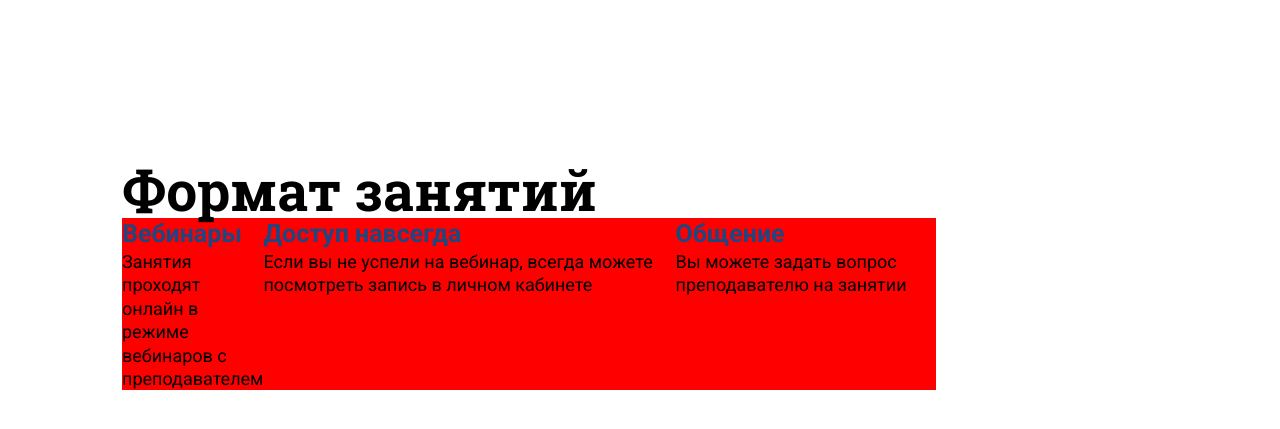
Repository: mirali879/previous-proj
Page: index.html
An editor plug-in stored every save of this project. The page is shown before and after a run of saves, followed by the edit.
The browser window is 1280 px wide. The pictures show the whole page.

Above is the page before, as saved 2023-05-06 19:18:23.

### index.html
<!DOCTYPE html>
<html lang="en">
  <head>
    <meta charset="UTF-8" />
    <meta http-equiv="X-UA-Compatible" content="IE=edge" />
    <meta name="viewport" content="width=device-width, initial-scale=1.0" />
    <link rel="stylesheet" href="/style.css" />
    <title>Document</title>
  </head>
  <body>
    <div class="page-1">
      <h1>Формат занятий</h1>

      <ul>
        <li >
          <h3>Вебинары</h3>
          <span
            >Занятия проходят онлайн в режиме вебинаров с преподавателем</span
          >
        </li>
        <li >
          <h3>Доступ навсегда</h3>
          <span
            >Если вы не успели на вебинар, всегда можете посмотреть запись в
            личном кабинете</span
          >
        </li>
        <li >
          <h3>Общение</h3>
          <span>Вы можете задать вопрос преподавателю на занятии</span>
        </li>
      </ul>
    </div>

    <!-- <div class="container">
      <h1>Что узнаем?</h1>

      <div class="row">
        <ul class="list">
          <li>Кто чем занят в съёмочной группе;</li>
          <li>На какие этапы делится кинопроизводство;</li>
          <li>
            Как выглядит сценарий фильма и как он меняется по ходу съёмок;
          </li>
          <li>
            Какими методами режиссёры заставляют нас смеяться, плакать и
            грустить;
          </li>
          <li>
            Как построение кадра, музыка и свет помогают считывать заложенные в
            фильм смыслы;
          </li>
          <li>
            Какие жанры есть в кино и как от них зависит работа операторов,
            осветителей и монтажёров;
          </li>
          <li>Как, зная всё это, понимать, о чем фильм.</li>
        </ul>
      </div>
    </div> -->

    <!-- <div class="container2">
        <h1>Программа курса</h1>
        <div class="box-row">
            <div class="box">
                <img src="/images/pic-1.png" alt="">
                <h3>1. Как создают кино</h3>
                <div class="div">
                    8 сентября 20:00 Данила Кузнецов
                </div>
            </div>

            <div class="box">
                <img src="/images/pic-1.png" alt="">
                <h3>1. Как создают кино</h3>
                <div class="div">
                    8 сентября 20:00 Данила Кузнецов
                </div>
            </div>

            <div class="box">
                <img src="/images/pic-1.png" alt="">
                <h3>1. Как создают кино</h3>
                <div class="div">
                    8 сентября 20:00 Данила Кузнецов
                </div>
            </div>

            <div class="box">
                <img src="/images/pic-1.png" alt="">
                <h3>1. Как создают кино</h3>
                <div class="div">
                    8 сентября 20:00 Данила Кузнецов
                </div>
            </div>

            <div class="box">
                <img src="/images/pic-1.png" alt="">
                <h3>1. Как создают кино</h3>
                <div class="div">
                    8 сентября 20:00 Данила Кузнецов
                </div>
            </div>

            <div class="box">
                <img src="/images/pic-1.png" alt="">
                <h3>1. Как создают кино</h3>
                <div class="div">
                    8 сентября 20:00 Данила Кузнецов
                </div>
            </div>

            <div class="box">
                <img src="/images/pic-1.png" alt="">
                <h3>1. Как создают кино</h3>
                <div class="div">
                    8 сентября 20:00 Данила Кузнецов
                </div>
            </div>

            <div class="box">
                <img src="/images/pic-1.png" alt="">
                <h3>1. Как создают кино</h3>
                <div class="div">
                    8 сентября 20:00 Данила Кузнецов
                </div>
            </div>
        </div>
    </div> -->
  </body>
</html>

### style.css
@import url("https://fonts.googleapis.com/css2?family=Roboto+Slab:wght@700&family=Roboto:wght@400;700&display=swap");
* {
  margin: 0;
  padding: 0;
}

/* .page-1 {
  padding: 162px 344px 188px 122px;
}

.page-1 h1 {
  font-family: Roboto Slab;
  font-size: 55px;
  font-weight: 700;
  text-align: left;
}

ul {
  background-color: aqua;
  display: flex;
}
li {
  margin-right: 112px;
}
.col-1 {
  width: 223px;
}
.col-2 {
  width: 271px;
}
.col-3 {
  width: 245px;
}

ul .col h3 {
  font-family: Roboto;
  font-size: 25px;
  font-weight: 700;
  line-height: 32px;
  letter-spacing: 0em;
  text-align: left;
}

.col span {
  font-family: Roboto;
  font-size: 18px;
  font-weight: 400;
  line-height: 23px;
  letter-spacing: 0em;
  text-align: left;
}

.list{
    width: 666px;
}

.list li {
  font-family: Roboto;
  font-size: 24px;
  font-weight: 400;
  line-height: 36px;
  letter-spacing: 0em;
  text-align: left;
}


.container2{
    padding: 0 85px 0 85px;
}

.box-row{
    display: flex;
    background-color: aqua;
    width: 100%;
    flex-wrap: wrap;

}


.box-row .box{
    width: 399px;
} */

 .page-1 {
  padding: 162px 344px 188px 122px;
}
.page-1 h1{
  font-family: 'Roboto Slab';
font-style: normal;
font-weight: 700;
font-size: 55px;
line-height: 101.38%;
}
.page-1 ul{
  display: flex;
  background-color: red;
}
.page-1 li {
  list-style-type: none;
}
li:nth-child(1) {
width: 223px;
}
.page-1 ul li h3{
  font-family: 'Roboto';
  font-style: normal;
  font-weight: 700;
  font-size: 25px;
  line-height: 130%;
  color: #1E4681;
}
.page-1 ul li span{
  font-family: 'Roboto';
font-style: normal;
font-weight: 400;
font-size: 18px;
line-height: 130%;

color: #000000;

}

After the next 2 saves:
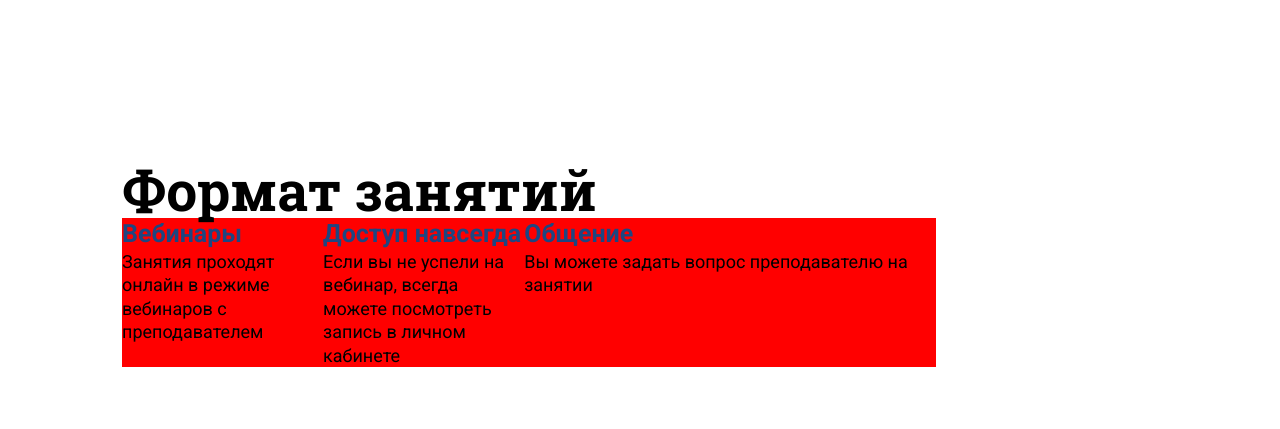
The 2 saves are shown as one change because they came seconds apart.
The last was saved 24 s later.
--- a/style.css
+++ b/style.css
@@ -101,6 +101,9 @@ line-height: 101.38%;
 li:nth-child(1) {
 width: 223px;
 }
+li:nth-child(2) {
+  width: 223px;
+  }
 .page-1 ul li h3{
   font-family: 'Roboto';
   font-style: normal;
